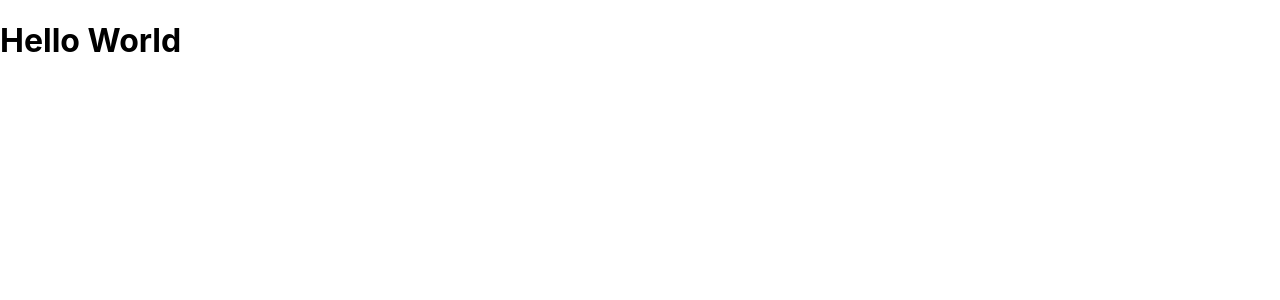
Repository: Dhanusri-maker/CodeQuest-v2
Page: / (app in server/client/)
These files come from the project's save history. The page is drawn as it stood at one moment and after a run of saves; the edit follows.
The browser window is 1280 px wide. The pictures show the whole page.
The project was rebuilt for these pictures with package versions that can differ from the ones it lists, and the page was loaded fresh each time.

Above is the page before, as saved 2026-05-22 19:31:40.

After the next 7 saves:
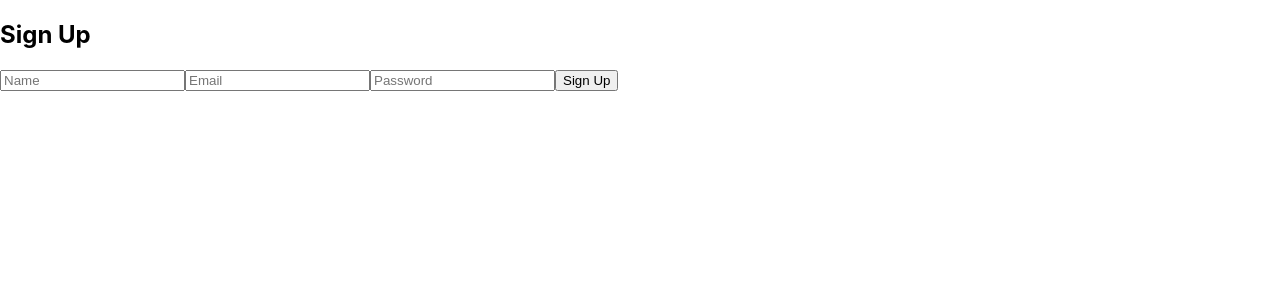
The 7 saves are shown as one change because 2 did not build or start and some came seconds apart.
The last was saved 2 min 41 s later.
--- a/server/client/src/App.js
+++ b/server/client/src/App.js
@@ -4,7 +4,7 @@ import Signup from './components/Signup';
 function App() {
   return (
     <div className="App">
-      <h1>Hello World</h1>
+      <Signup />
     </div>
   );
 }
